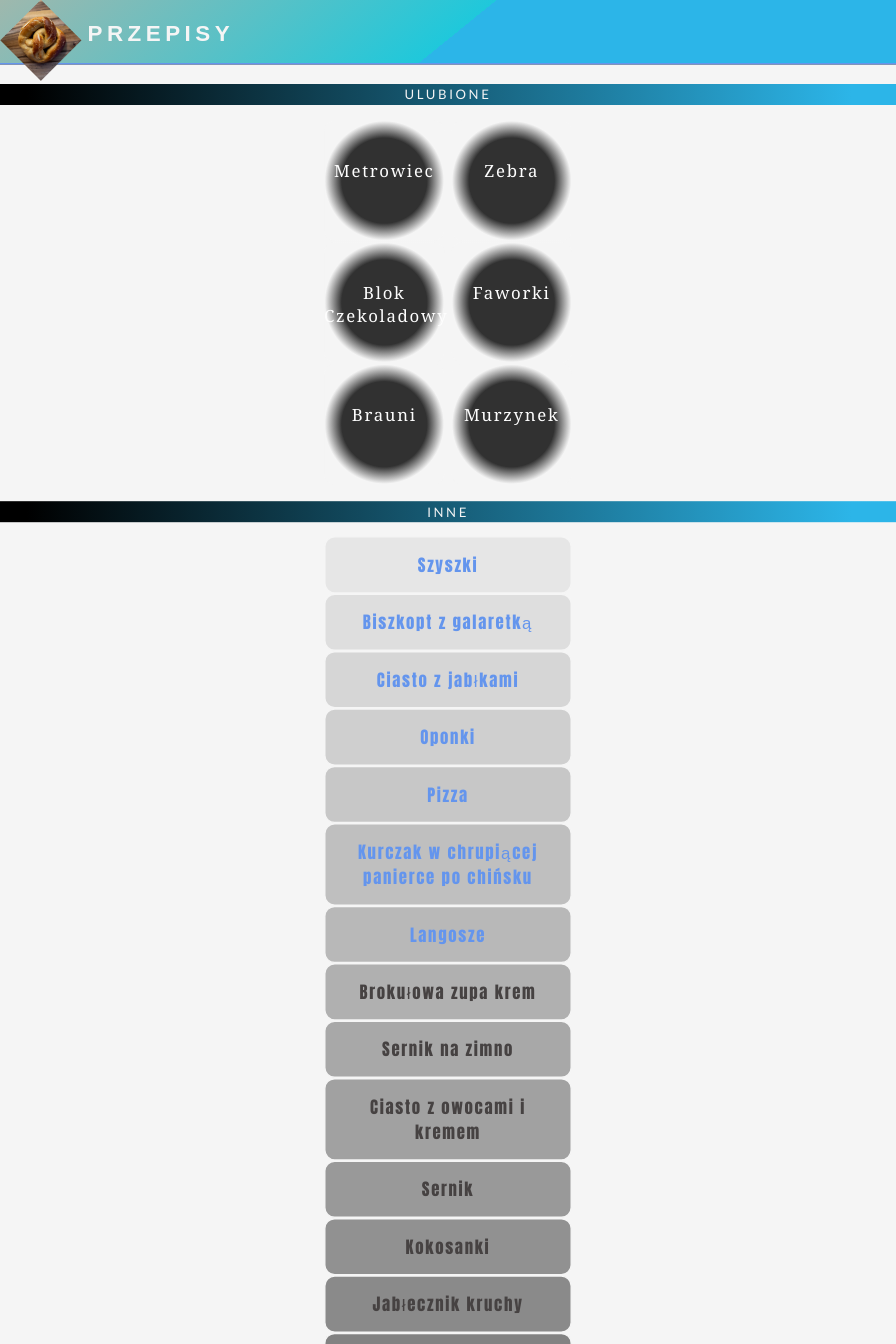
Repository: yaoayh/przepisy
Page: index.html
The author's editor kept a copy of each file at every save. The page is drawn from the files as they stood at one save, then again after the next save.
The browser window is 1280 px wide. The pictures show the part of the page from y = 0 to 1920 px (the page is 3147 px tall), at 70% of full size.

Above is the page before, as saved 2020-08-14 17:02:53.

After the next save:
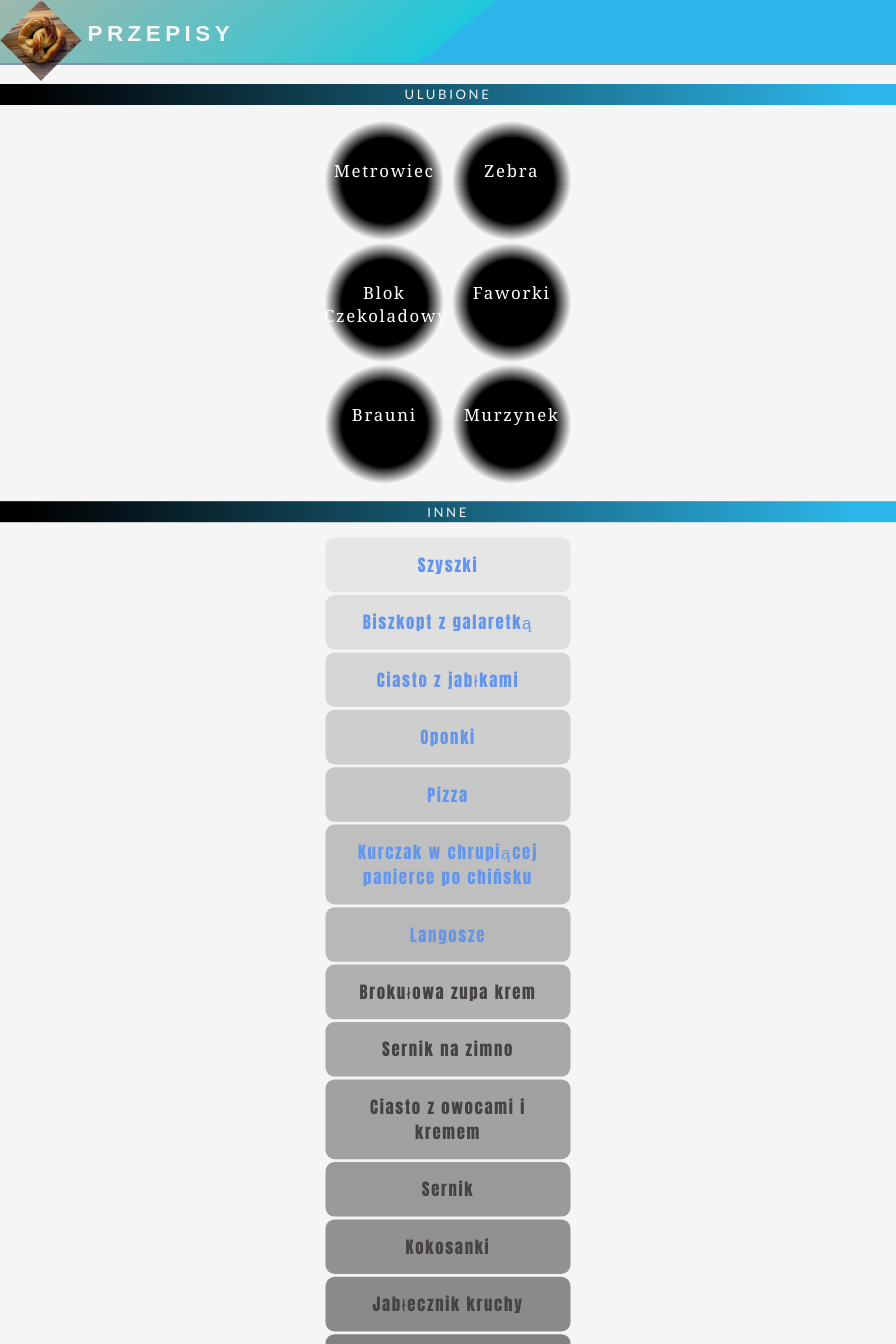
Saved 90 s later.
--- a/css/styles.css
+++ b/css/styles.css
@@ -1,17 +1,17 @@
 @keyframes main_Circle {
     0% {
-        opacity: 0;
+        opacity: 1;
         background-image: linear-gradient(circle, red, red 50%,red 70%);
     }
     25% {
-        opacity: 0,25;
+        opacity: 1;
         background-image: linear-gradient(circle, red, red 50%,whitesmoke 70%);
     }
     50% {
-        opacity: 0,50;
+        opacity: 1;
     }
     75% {
-        opacity: 0,75;
+        opacity: 1;
         background-image: linear-gradient(circle, red, red 50%,whitesmoke 70%);
     }
     100% {
